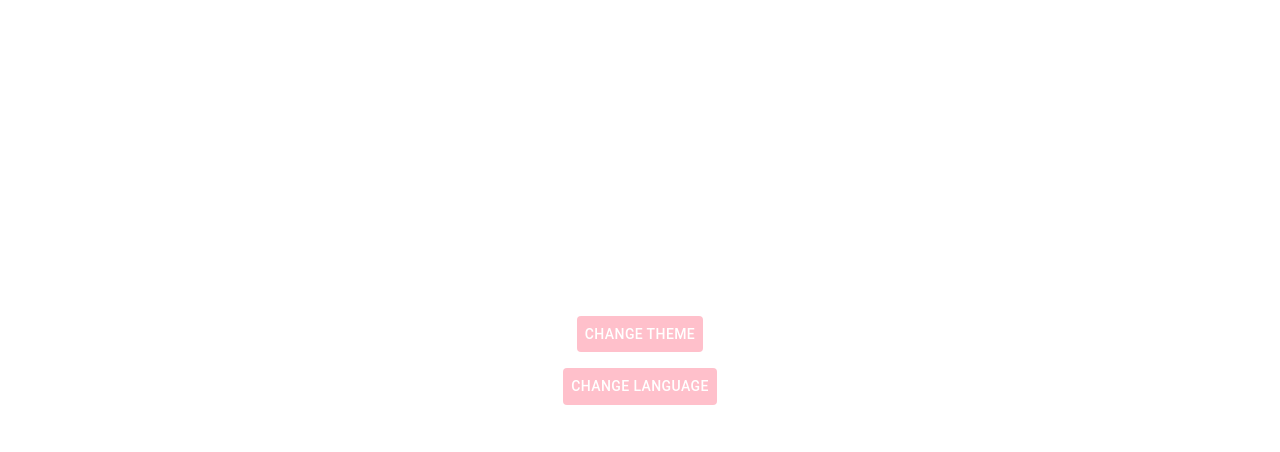
Repository: savannaaaas/contextLanguageTheme
Page: /
An editor plug-in stored every save of this project. The page is shown before and after a run of saves, followed by the edit.
The browser window is 1280 px wide. The pictures show the whole page.
The project was rebuilt for these pictures with package versions that can differ from the ones it lists, and the page was loaded fresh each time. Also part of the build but not shown: vite.config.js.

Above is the page before, as saved 2025-07-11 17:25:46.

### src/main.jsx
import { StrictMode } from "react";
import { createRoot } from "react-dom/client";
import App from "./App.jsx";
import { MasterProvider } from "./providers/MasterProvider.jsx";

createRoot(document.getElementById("root")).render(
  <StrictMode>
    <MasterProvider>
      <App />
    </MasterProvider>
  </StrictMode>
);

### src/App.jsx
import { useContext } from "react";
import { ThemeContext } from "./providers/ThemeContext";
import { ControlsPanel } from "./components/ControlsPanel";
import { Header } from "./components/Header";
import "./App.css";
function App() {
  const { theme } = useContext(ThemeContext);

  const themeStyle = {
    backgroundColor: theme === "light" ? "#fff" : "black",
    height: "100vh",
    display: "flex", // Flex-контейнер
    flexDirection: "column",
    justifyContent: "center",
    alignItems: "center",
    gap: "1em",
  };
  return (
    <div style={themeStyle}>
      <Header />
      <ControlsPanel />
    </div>
  );
}

export default App;

### src/providers/MasterProvider.jsx
import ThemeProvider from "./ThemeContext";
import LanguageProvider from "./LanguageContext";

export const MasterProvider = ({ children }) => {
  return (
    <ThemeProvider>
      <LanguageProvider>{children}</LanguageProvider>
    </ThemeProvider>
  );
};

### src/providers/ThemeContext.jsx
import { createContext, useCallback, useState } from "react";
export const ThemeContext = createContext(null);
const ThemeProvider = ({ children }) => {
  const [theme, setTheme] = useState("light");
  const toggleTheme = useCallback(() => {
    setTheme((theme) => (theme === "light" ? "dark" : "light"));
  }, [setTheme]);
  return (
    <ThemeContext.Provider value={{ theme, setTheme, toggleTheme }}>
      {children}
    </ThemeContext.Provider>
  );
};
export default ThemeProvider;

### src/components/ControlsPanel.jsx
import { useContext } from "react";
import { ThemeContext } from "../providers/ThemeContext";
import { LanguageContext } from "../providers/LanguageContext";
import Button from "@mui/material/Button";
export const ControlsPanel = () => {
  const { toggleTheme } = useContext(ThemeContext);
  const { toggleLanguage } = useContext(LanguageContext);
  return (
    <>
      <Button
        onClick={toggleTheme}
        style={{ backgroundColor: "pink", color: "#fff" }}
      >
        Change theme
      </Button>
      <Button
        onClick={() => toggleLanguage()}
        style={{ backgroundColor: "pink", color: "#fff" }}
      >
        Change language
      </Button>
    </>
  );
};

### src/components/Header.jsx
export const Header = () => {
  return;
};

### src/App.css
html, body, #root {
 height: 100%;
  margin: 0;
  padding: 0;
  text-align: center;
}

### src/providers/LanguageContext.jsx
import { createContext, useState } from "react";
export const LanguageContext = createContext(null);

const LanguageProvider = ({ children }) => {
  const [language, setLanguage] = useState("en");
  const toggleLanguage = () => {
    setLanguage((language) => (language === "en" ? "ru" : "en"));
  };
  return (
    <LanguageContext.Provider value={{ language, setLanguage, toggleLanguage }}>
      {children}
    </LanguageContext.Provider>
  );
};
export default LanguageProvider;

Loaded but not shown: index.html (common file)

After the next 3 saves:
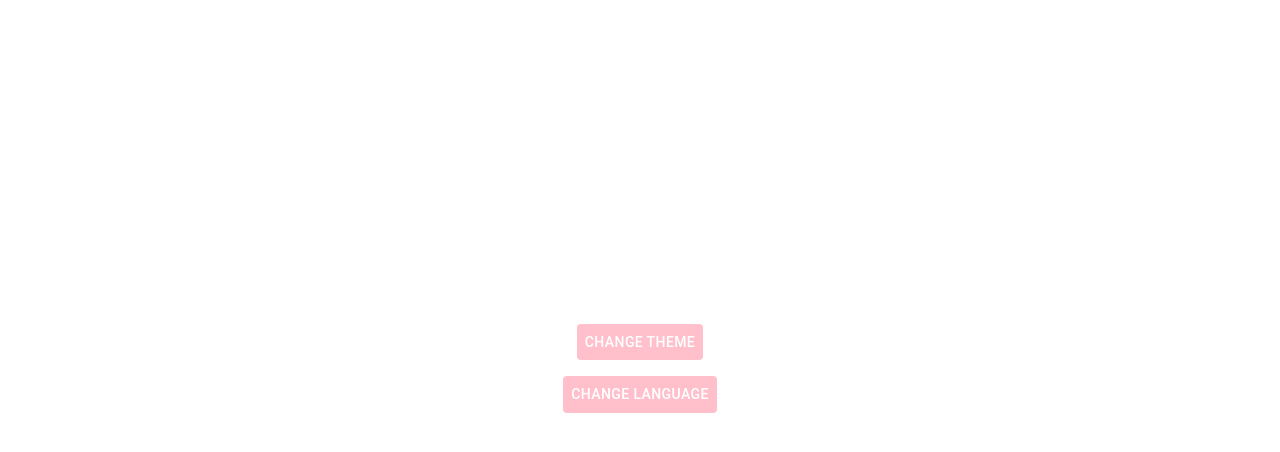
The 3 saves are shown as one change because 2 did not build or start.
The last was saved 71 s later.
--- a/src/components/Header.jsx
+++ b/src/components/Header.jsx
@@ -1,3 +1,4 @@
+import { Typography } from "@mui/material";
 export const Header = () => {
-  return;
+  return <Typography></Typography>;
 };
